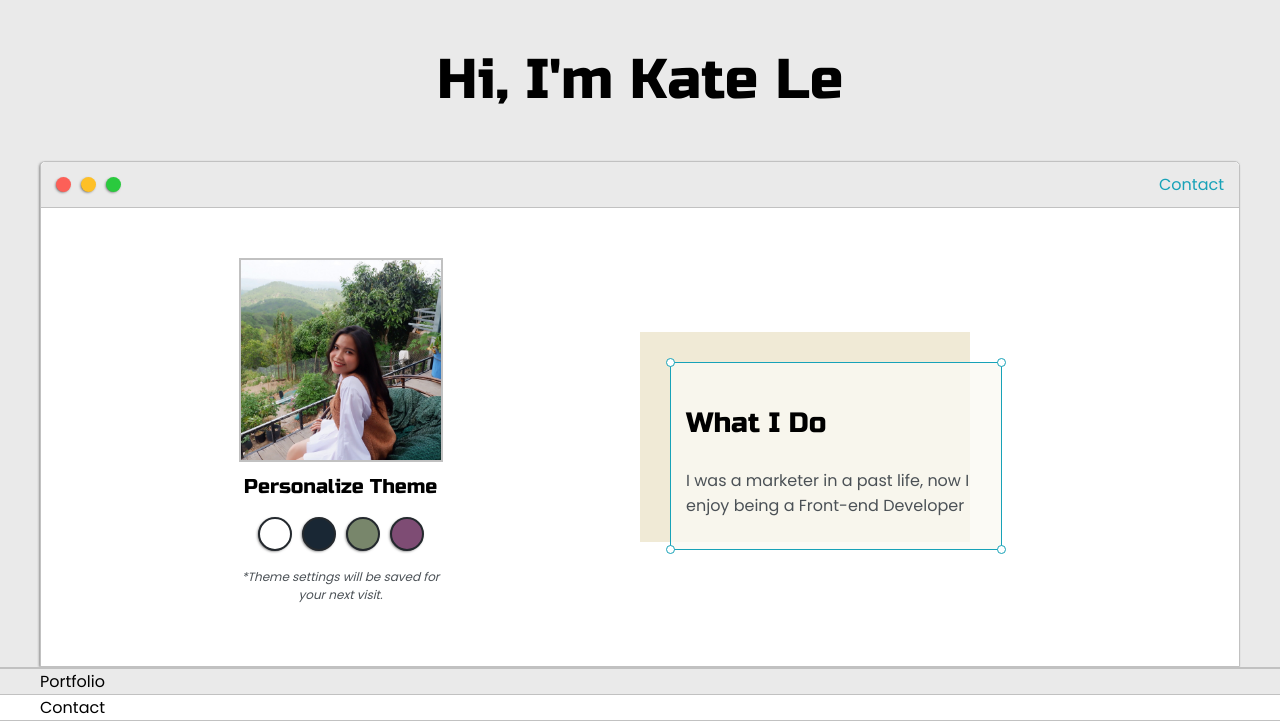
Repository: kate30980/my-persponal-website
Page: index.html
An editor plug-in stored every save of this project. The page is shown before and after the next save, followed by the edit.
The browser window is 1280 px wide. The pictures show the whole page.

Above is the page before, as saved 2021-08-26 21:47:31.

### index.html
<!DOCTYPE html>
<html lang="en">

<head>
    <meta charset="UTF-8">
    <meta http-equiv="X-UA-Compatible" content="IE=edge">
    <meta name="viewport" content="width=device-width, initial-scale=1.0">
    <title>Kate Le</title>
    <link rel="preconnect" href="https://fonts.googleapis.com">
    <link rel="preconnect" href="https://fonts.gstatic.com" crossorigin>
    <link rel="preconnect" href="https://fonts.googleapis.com">
    <link rel="preconnect" href="https://fonts.gstatic.com" crossorigin>
    <link href="https://fonts.googleapis.com/css2?family=Poppins:wght@300;400;600;700&family=Russo+One&display=swap"
        rel="stylesheet">
    <link rel="stylesheet" href="main.css">
</head>

<body>

    <section class="s1">
        <div class="main-container">
            <div class="greeting-wrapper">
                <h1>Hi, I'm Kate Le</h1>
            </div>

            <div class="intro-wrapper">
                <div class="nav-wrapper">
                    <div class="dots-wrapper">
                        <div id="dot-1" class="browser-dot"></div>
                        <div id="dot-2" class="browser-dot"></div>
                        <div id="dot-3" class="browser-dot"></div>
                    </div>
                    <ul id="navigation">
                        <li>
                            <a href="#">Contact</a>
                        </li>
                    </ul>
                </div>
                <div class="left-column">
                    <img id="profile-pic" src="./images/IMG_2624.JPG" alt="img-kate">
                    <h5 style="text-align:center;line-height:0; margin: 25px">Personalize Theme</h5>

                    <div id="theme-options-wrapper">
                        <div id="light-mode" class="theme-dot"></div>
                        <div id="blue-mode" class="theme-dot"></div>
                        <div id="green-mode" class="theme-dot"></div>
                        <div id="purple-mode" class="theme-dot"></div>
                    </div>

                    <p id="settings-note">*Theme settings will be saved for <br> your next visit.</p>
                </div>
                <div class="right-column">

                    <div id="preview-shadow">
                        <div id="preview">
                            <div id="corner-tl" class="corner"></div>
                            <div id="corner-tr" class="corner"></div>
                            <h3>What I Do</h3>
                            <p>I was a marketer in a past life, now I enjoy being a Front-end Developer</p>
                            <div id="corner-br" class="corner"></div>
                            <div id="corner-bl" class="corner"></div>
                        </div>
                    </div>

                </div>
            </div>

        </div>
    </section>

    <section class="s2">
        <div class="main-container">

            <div class="about-wrapper">
                <div class="about-me">

                </div>
                <div class="social-links">

                </div>
            </div>

        </div>
    </section>

    <section class="s1">
        <div class="main-container">
            Portfolio
        </div>
    </section>

    <section class="s2">
        <div class="main-container">
            Contact
        </div>
    </section>

</body>

</html>

### main.css
:root {
  --mainText: black;
  --secondaryText: #4b5156;

  --mainColor: #eaeaea;
  --secondaryColor: #fff;

  --borderColor: #c1c1c1;
  --themeDotBorder: #24292e;

  --previewBg: rgba(251, 249, 243, 0.8);
  --previewShadow: #f0ead6;
}

html,
body {
  padding: 0;
  margin: 0;
  font-family: "Poppins", sans-serif;
}
h1,
h2,
h3,
h4,
h5,
h6,
strong {
  color: var(--mainText);
  font-family: "Russo One", sans-serif;
  font-weight: 500;
}

p,
li,
span,
label,
input,
textarea,
select {
  color: var(--secondaryText);
  font-family: "Poppins", sans-serif;
}
ul {
  list-style: none;
}

a {
  text-decoration: none;
  color: #17a2b8;
}

h1 {
  font-size: 56px;
}
h2 {
  font-size: 36px;
}
h3 {
  font-size: 28px;
}
h4 {
  font-size: 24px;
}
h5 {
  font-size: 20px;
}
h6 {
  font-size: 16px;
}

.s1 {
  background-color: var(--mainColor);
  border-bottom: 1px solid var(--borderColor);
  overflow: auto;
}
.s2 {
  background-color: var(--secondaryColor);
  border-bottom: 1px solid var(--borderColor);
  overflow: auto;
}
.main-container {
  width: 1200px;
  margin: 0 auto;
}
.greeting-wrapper {
  display: grid;
  text-align: center;
  align-content: center;
  min-height: 10em;
}

.intro-wrapper {
  background-color: var(--secondaryColor);
  border: 1px solid var(--borderColor);
  border-radius: 5px 5px 0 0;

  -webkit-box-shadow: -1px 1px 3px -1px rgba(0, 0, 0, 0.75);
  -moz-box-shadow: -1px 1px 3px -1px rgba(0, 0, 0, 0.75);
  box-shadow: -1px 1px 3px -1px rgba(0, 0, 0, 0.75);

  display: grid;
  grid-template-columns: 1fr 1fr;
  grid-template-areas:
    "nav-wrapper nav-wrapper"
    "left-column right-column";
}

#navigation {
  margin: 0;
  padding: 10px;
}
#navigation li {
  display: inline-block;
  margin-right: 5px;
  margin-left: 5px;
}

.dots-wrapper {
  display: flex;
  padding: 10px;
}

#dot-1 {
  background-color: #fc6058;
}
#dot-2 {
  background-color: #fec027;
}
#dot-3 {
  background-color: #2aca3e;
}

.browser-dot {
  background-color: black;
  height: 15px;
  width: 15px;
  border-radius: 50%;
  margin: 5px;

  -webkit-box-shadow: -1px 1px 3px -1px rgba(0, 0, 0, 0.75);
  -moz-box-shadow: -1px 1px 3px -1px rgba(0, 0, 0, 0.75);
  box-shadow: -1px 1px 3px -1px rgba(0, 0, 0, 0.75);
}

.nav-wrapper {
  grid-area: nav-wrapper;
  border-bottom: 1px solid var(--borderColor);
  display: flex;
  justify-content: space-between;
  align-items: center;
  background-color: var(--mainColor);
  border-radius: 5px 5px 0 0;
}
.left-column {
  grid-area: left-column;
  padding-top: 50px;
  padding-bottom: 50px;
}
#profile-pic {
  display: block;
  margin: auto;
  height: 200px;
  width: 200px;
  object-fit: cover;
  border: 2px solid var(--borderColor);
}

#theme-options-wrapper {
  display: flex;
  justify-content: center;
}

.theme-dot {
  height: 30px;
  width: 30px;
  border-radius: 50%;
  background-color: black;

  margin: 5px;
  border: 2px solid var(--themeDotBorder);

  -webkit-box-shadow: -1px 1px 3px -1px rgba(0, 0, 0, 0.75);
  -moz-box-shadow: -1px 1px 3px -1px rgba(0, 0, 0, 0.75);
  box-shadow: -1px 1px 3px -1px rgba(0, 0, 0, 0.75);
  cursor: pointer;
}

.theme-dot:hover {
  border-width: 5px;
}
#light-mode {
  background-color: #fff;
}
#blue-mode {
  background-color: #192734;
}
#green-mode {
  background-color: #78866b;
}
#purple-mode {
  background-color: #7e4c74;
}
#settings-note {
  font-size: 12px;
  font-style: italic;
  text-align: center;
}

.right-column {
  grid-area: right-column;
  display: grid;
  align-content: center;

  padding-top: 50px;
  padding-bottom: 50px;
}

#preview-shadow {
  background-color: var(--previewShadow);
  width: 300px;
  height: 180px;
  padding-left: 30px;
  padding-top: 30px;
}

#preview {
  width: 300px;
  border: 1.5px solid #17a2b8;
  background-color: var(--previewBg);
  padding: 15px;
  position: relative;
}
.corner {
  width: 7px;
  border: 1.5px solid #17a2b8;
  height: 7px;
  border-radius: 50%;
  background-color: #fff;
  position: absolute;
}
#corner-tl {
  top: -5px;
  left: -5px;
}
#corner-tr {
  top: -5px;
  right: -5px;
}
#corner-br {
  bottom: -5px;
  right: -5px;
}
#corner-bl {
  bottom: -5px;
  left: -5px;
}

@media screen and (max-width: 1200px) {
  .main-container {
    width: 95%;
  }
}
@media screen and (max-width: 800px) {
  .intro-wrapper {
    grid-template-columns: 1fr;
    grid-template-areas:
      "nav-wrapper"
      "left-column"
      "right-column";
  }
  .right-column {
    justify-content: center;
  }
}

After the next save:
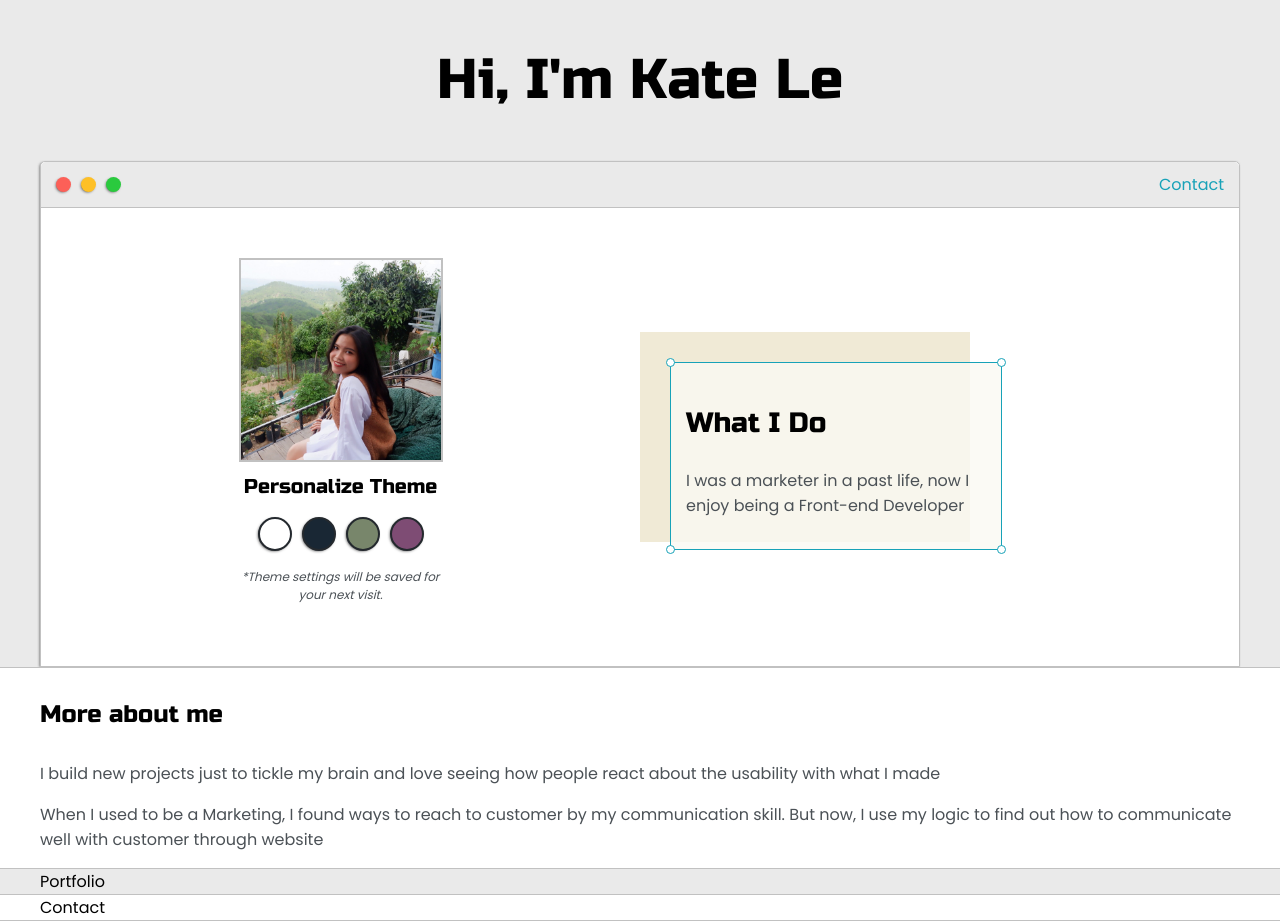
Saved 3 min 7 s later.
--- a/index.html
+++ b/index.html
@@ -73,7 +73,11 @@
 
             <div class="about-wrapper">
                 <div class="about-me">
-
+                    <h4>More about me</h4>
+                    <p>I build new projects just to tickle my brain and love seeing how people react about the usability
+                        with what I made</p>
+                    <p>When I used to be a Marketing, I found ways to reach to customer by my communication skill. But
+                        now, I use my logic to find out how to communicate well with customer through website</p>
                 </div>
                 <div class="social-links">
 
